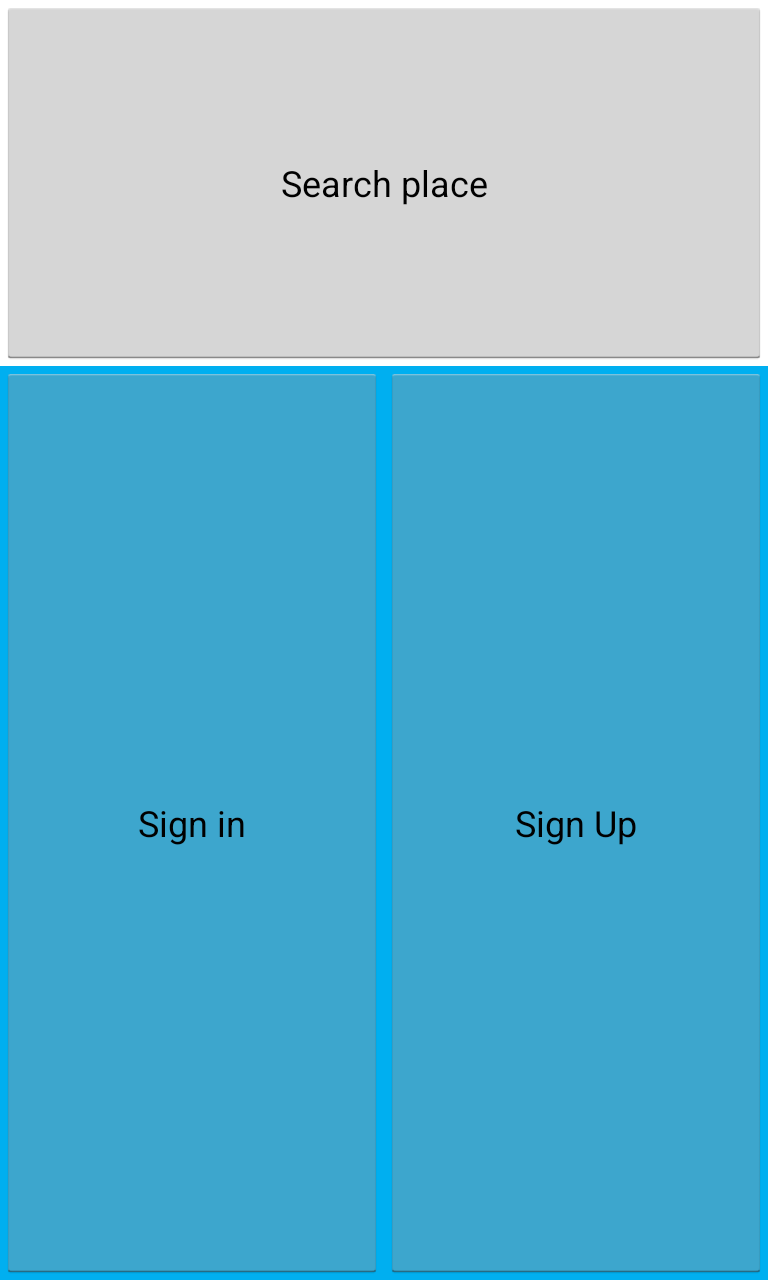
Repository: Rownak/TouristFriend
Layout: android/MainProjectTherapTest/res/layout/front_page_layout.xml
An editor plug-in stored every save of this project. The layout is shown before and after the next save, followed by the edit.
It is drawn on a 768 x 1280 px phone screen (xhdpi) without system bars, with theme AppTheme; the app's code is not run.

Above is the layout before, as saved 2014-12-05 16:10:14.

After the next save:
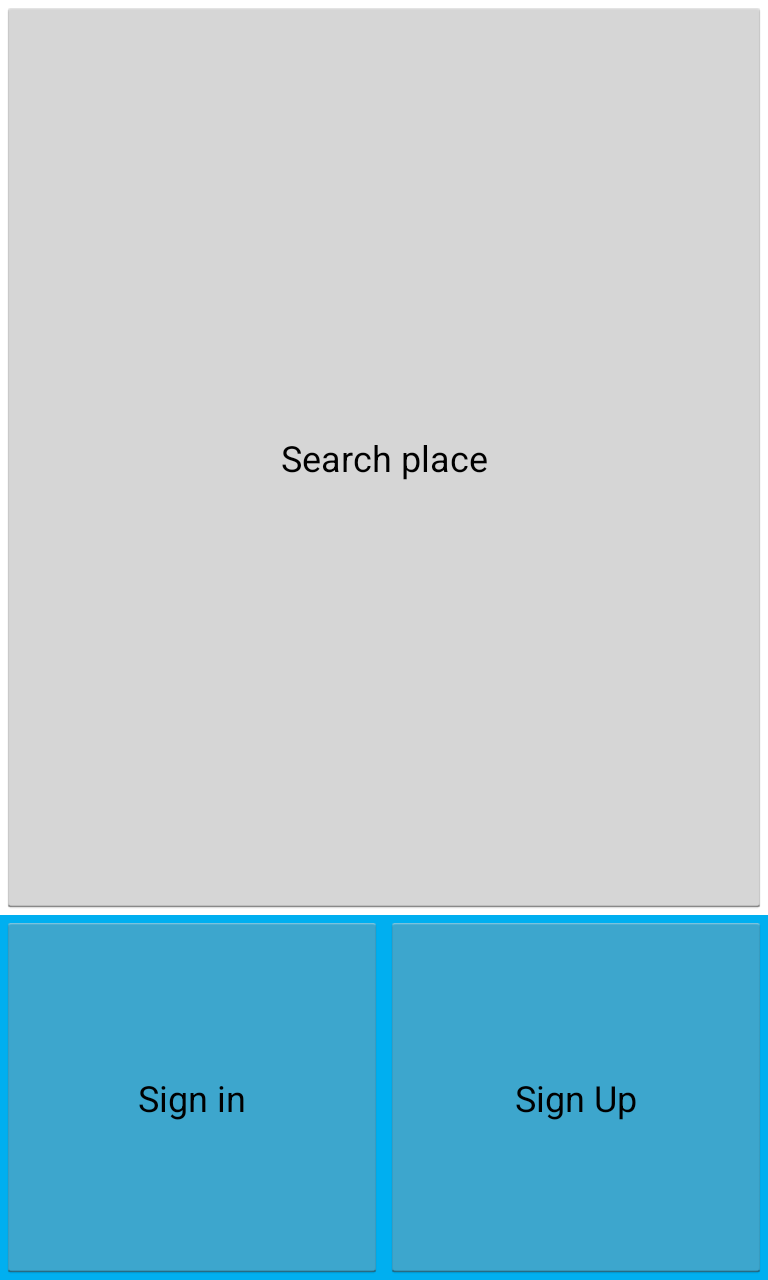
Saved 50 s later.
--- a/android/MainProjectTherapTest/res/layout/front_page_layout.xml
+++ b/android/MainProjectTherapTest/res/layout/front_page_layout.xml
@@ -8,7 +8,7 @@
     <LinearLayout
         android:layout_width="fill_parent"
         android:layout_height="fill_parent"
-        android:layout_weight="5"
+        android:layout_weight="2"
         android:orientation="horizontal" >
 
         <Button
@@ -20,7 +20,7 @@
     <LinearLayout
         android:layout_width="fill_parent"
         android:layout_height="fill_parent"
-        android:layout_weight="2"
+        android:layout_weight="5"
         android:background="@color/skype_blue"
         android:orientation="horizontal"
         android:weightSum="2" >
@@ -51,3 +51,5 @@
                 android:text="Sign Up" />
         </LinearLayout>
     </LinearLayout>
+
+</LinearLayout>
